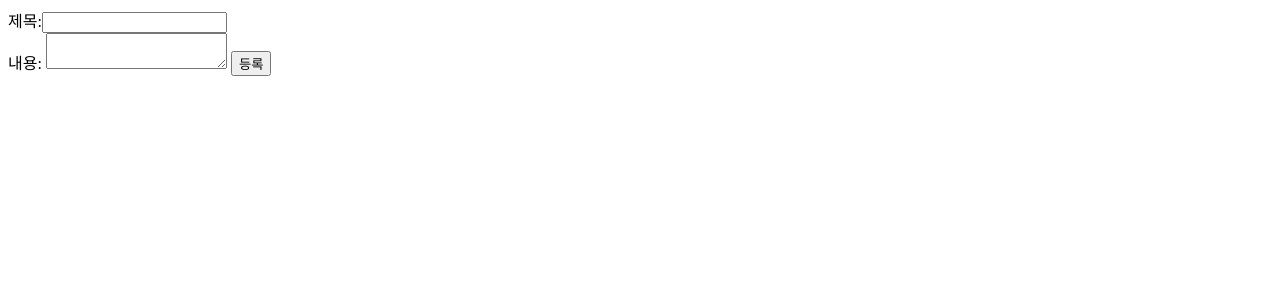
Repository: odreeblue/Study_ServletJSP
Page: jsp/workspace/JSPPrj/src/main/webapp/reg.html
The author's editor kept a copy of each file at every save. The page is drawn from the files as they stood at one save, then again after the next save.
The browser window is 1280 px wide. The pictures show the whole page.

Above is the page before, as saved 2023-02-05 13:11:15.

After the next save:
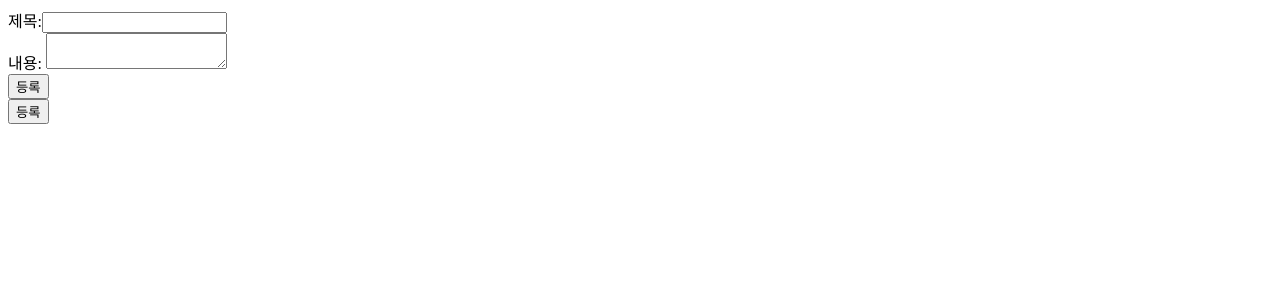
Saved 23 s later.
--- a/jsp/workspace/JSPPrj/src/main/webapp/reg.html
+++ b/jsp/workspace/JSPPrj/src/main/webapp/reg.html
@@ -13,7 +13,9 @@
 			<div>
 				<label>내용:</label>
 				<textarea name="content"></textarea>
-
+			<div>
+				<input type="submit" value="등록"/>
+			</div>
 				<input type="submit" value="등록"/>
 
 			</div>
